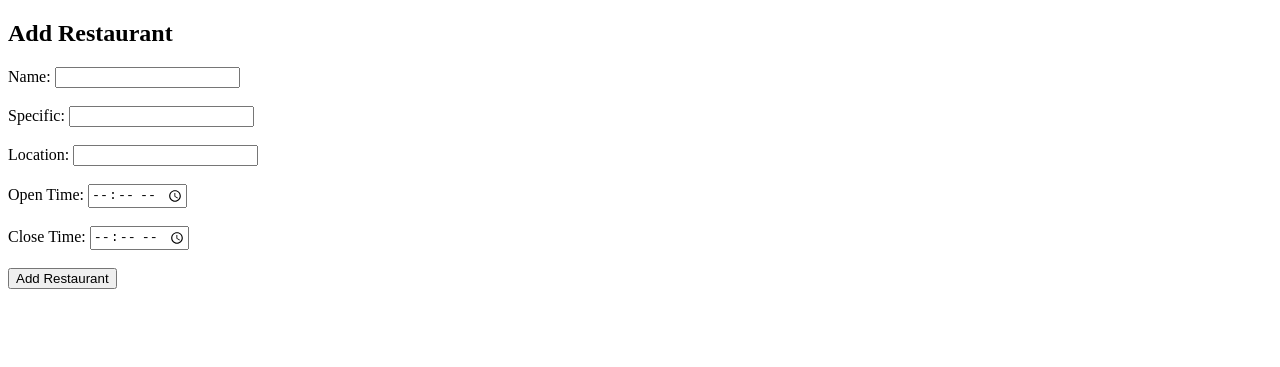
Repository: RebelShadow/TravelGO
Page: http://localhost/TravelGO/add_test.php
These files come from the project's save history. The page is drawn as it stood at one moment and after the next save; the edit follows.
The browser window is 1280 px wide. The pictures show the whole page.
The page is run by PHP 8.4 with error messages shown; the project is at /var/www/html/.

Above is the page before, as saved 2023-05-27 20:48:10.

After the next save:
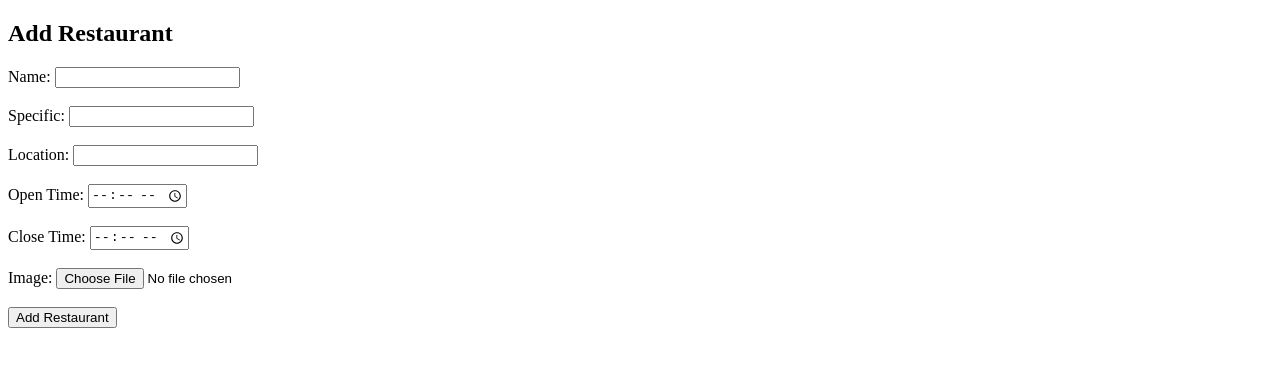
Saved 3 min 37 s later.
--- a/www/TravelGO/add_test.php
+++ b/www/TravelGO/add_test.php
@@ -7,6 +7,10 @@ if ($_SERVER['REQUEST_METHOD'] === 'POST') {
     $location = $_POST['location'];
     $openTime = $_POST['openTime'];
     $closeTime = $_POST['closeTime'];
+
+    // File upload
+    $image = $_FILES['image']['tmp_name'];
+    $imageData = file_get_contents($image);
 
     // Database connection
     $servername = "localhost";
@@ -22,8 +26,8 @@ if ($_SERVER['REQUEST_METHOD'] === 'POST') {
     }
 
     // Prepare and execute the SQL statement
-    $stmt = $conn->prepare("INSERT INTO restaurant (restaurant_name, restaurant_specific, restaurant_location, restaurant_open_time, restaurant_close_time) VALUES (?, ?, ?, ?, ?)");
-    $stmt->bind_param("sssss", $name, $specific, $location, $openTime, $closeTime);
+    $stmt = $conn->prepare("INSERT INTO restaurant (restaurant_name, restaurant_specific, restaurant_location, restaurant_open_time, restaurant_close_time, restaurant_image) VALUES (?, ?, ?, ?, ?, ?)");
+    $stmt->bind_param("sssssb", $name, $specific, $location, $openTime, $closeTime, $imageData);
 
     if ($stmt->execute()) {
         echo "Restaurant added successfully.";
@@ -44,7 +48,7 @@ if ($_SERVER['REQUEST_METHOD'] === 'POST') {
 </head>
 <body>
     <h2>Add Restaurant</h2>
-    <form method="post" action="">
+    <form method="post" action="" enctype="multipart/form-data">
         <label for="name">Name:</label>
         <input type="text" name="name" id="name" required><br><br>
 
@@ -60,6 +64,9 @@ if ($_SERVER['REQUEST_METHOD'] === 'POST') {
         <label for="closeTime">Close Time:</label>
         <input type="time" name="closeTime" id="closeTime"><br><br>
 
+        <label for="image">Image:</label>
+        <input type="file" name="image" id="image"><br><br>
+
         <input type="submit" value="Add Restaurant">
     </form>
 </body>
